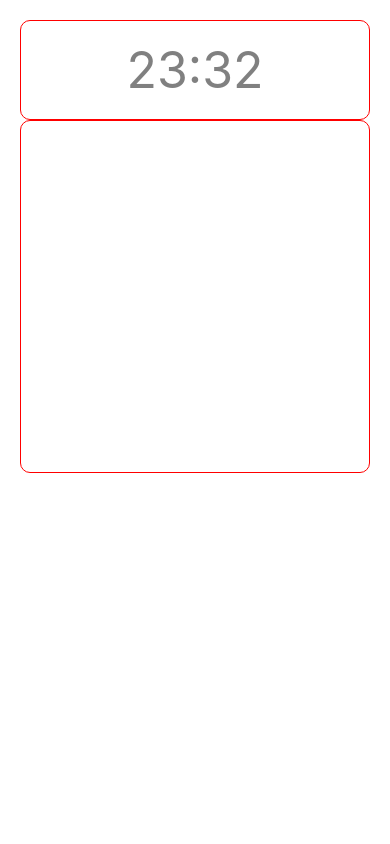
Repository: sonnke/imageResizer
Screen: /
The author's editor kept a copy of each file at every save. The screen is drawn from the files as they stood at one save, then again after the next save.
The app was drawn by React Native's web renderer in a window 390 px wide. The project was rebuilt for these pictures with package versions that can differ from the ones it lists, and the page was loaded fresh each time.

Above is the screen before, as saved 2020-02-02 13:14:24.

### App.tsx
import React from 'react';
import { StyleSheet, Text, View } from 'react-native';
import styled from 'styled-components/native';

const MainContainer = styled.View`
  flex: 1;
  flex-direction: column;
  align-items: center;
  justify-content: space-around;
  padding: 20px;
`;

const StopWatch = styled.View`
  width: 100%;
  height: 100px;
  border-width: 1px;
  border-color: red;
  border-radius: 10px;
  justify-content: center;
  align-items: center;
`;

const ImageContainer = styled.View`
  width: 100%;
  flex: 1;
  border-width: 1px;
  border-color: red;
  border-radius: 10px;
  justify-content: center;
  align-items: center;
`;

const SliderContainer = styled.View`
  flex: 1;
`;

const StopWatchText = styled.Text`
  font-size: 50px;
  color: grey;
`;

export default function App() {
  return (
    <MainContainer>
      <StopWatch>
        <StopWatchText>23:32</StopWatchText>
      </StopWatch>
      <ImageContainer></ImageContainer>
      <SliderContainer></SliderContainer>
    </MainContainer>
  );
}

After the next save:
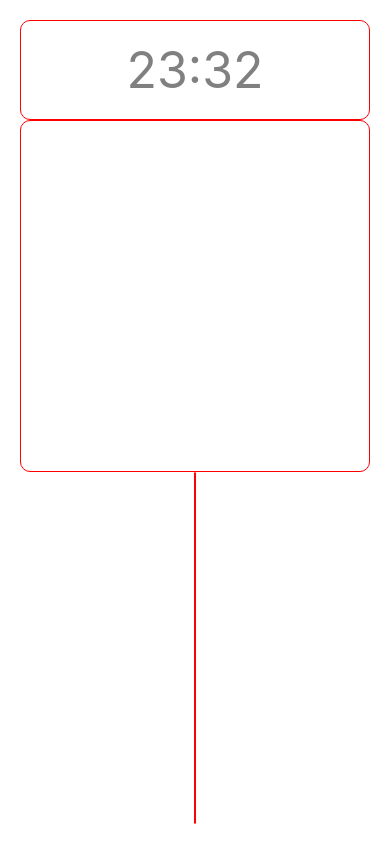
Saved 22 s later.
--- a/App.tsx
+++ b/App.tsx
@@ -32,6 +32,11 @@ const ImageContainer = styled.View`
 
 const SliderContainer = styled.View`
   flex: 1;
+  border-width: 1px;
+  border-color: red;
+  border-radius: 10px;
+  justify-content: center;
+  align-items: center;
 `;
 
 const StopWatchText = styled.Text`
